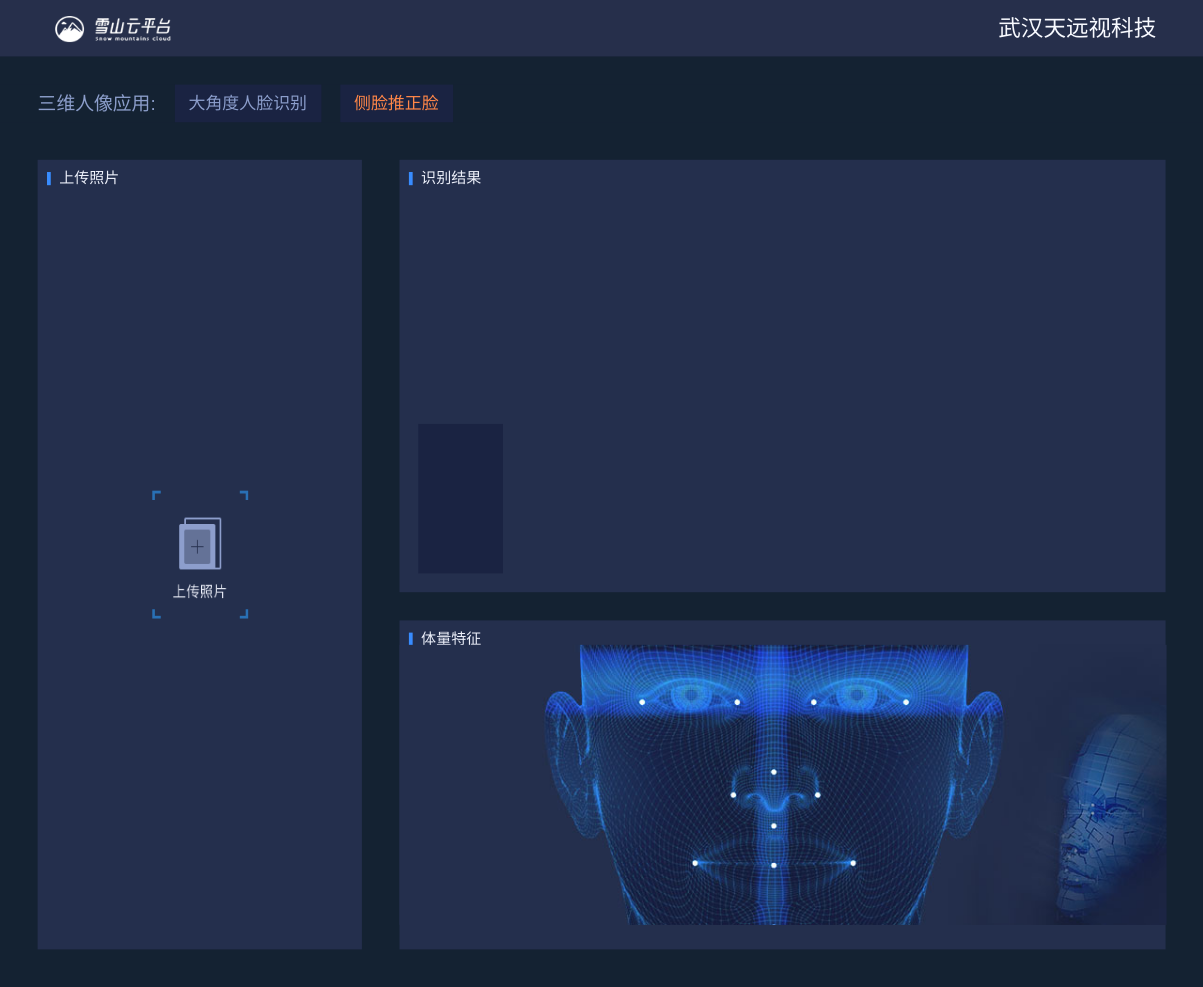
Repository: fyt2020/pubilcDemlo
Page: /#/face
An editor plug-in stored every save of this project. The page is shown before and after the next save, followed by the edit.
The browser window is 1280 px wide. The pictures show the whole page, at 94% of full size.
The project was rebuilt for these pictures with package versions that can differ from the ones it lists, and the page was loaded fresh each time.

Above is the page before, as saved 2020-04-28 12:00:12.

### index.html
<!DOCTYPE html>
<html>
  <head>
    <meta charset="utf-8">
    <meta name="viewport" content="width=device-width,initial-scale=1.0">
    <title>pubilcdemo</title>
    <script src="./static/config.js"></script>
    <script src="./static/main.js"></script>
  </head>
  <body>
    <div id="app"></div>
    <!-- built files will be auto injected -->
  </body>
</html>

### src/assets/css/reset.css
@charset "UTF-8";
/**
 * @desc pc端常用reset.css
 * @author archer
 * @date 2018-08-26
 */
html,body,div,p,ul,li,dl,dt,dd,em,i,span,a,img,input,h1,h2,h3,h4,h5,nav,section,footer,header,table,tr,th,td,ul,li{margin:0;padding:0;box-sizing: border-box;}
h1,h2,h3,h4,h5,h6{font-weight:normal}
i,em,b{font-style:normal}
article,aside,details,figcaption,figure,footer,header,menu,nav,section {display: block;}
a,img,input {border:none;}
a {text-decoration:none;}
a:hover, a:active {outline: none;}
ul,li{list-style: none}
button,input,select,textarea{font-size:100%;outline:none}
table{border-collapse:collapse;border-spacing:0}
html, body {width: 100%;height: 100%;}
body{font-family:"Helvetica Neue",Helvetica, Arial,sans-serif; font-size: 14px;line-height:1}

### src/pages/Home.vue
<template>
  <div class="home">
      <div class="header">
           <div class="header__left">
                <img src="../assets/img/logo1.png" alt="" class="logo_img">

           </div>
           <div class="header__right">
                <span>武汉天远视科技</span>
           </div>
      </div>
      <div class="navigation">
            <span class="navigation__title">三维人像应用:</span>
            <router-link tag="li" :to="{name:'bigAngle'}" class="navigation__item">大角度人脸识别</router-link>
            <router-link tag="li" :to="{name:'face',params:{id:'self'}}" class="navigation__item">侧脸推正脸</router-link>
      </div>

      <div class="content">
         <router-view />
      </div>

  </div>
</template>

<script>
export default {
  data() {
    return {};
  },
  computed: {},
  created() {

  },
  mounted() {

  },
  methods: {

  },
  components: {}
};
</script>

<style lang="scss" scoped>
@import "~@/assets/css/home.scss";
</style>

### src/pages/face.vue
<template>
  <div class="bigAngle">
    <div class="bigAngle__left">
      <div class="left__top">
        <div class="titleW" v-if="btnKey">
          <span class="titleW__one"></span>
          <span class="titleW__w">上传照片</span>
        </div>
        <img :src="uploadImgUrl" alt class="uploadImg" v-if="uploadImgUrl" />
        <img
          src="../assets/img/delete.png"
          alt
          class="delete__img"
          v-show="closeKey"
          @click="close"
        />
        <button class="btn" @click="uploadFile2" v-if="btnKey">
          <img src="../assets/img/midle.png" alt class="btn__bg" />
          <form
            name="fileList"
            id="fileList"
            action="uploadURL"
            method="POST"
            enctype="multipart/form-data"
            class="file"
          >
            <input
              type="file"
              hidden
              @change="beforeUploadFile2($event)"
              id="upload_file2"
              class="file-inp"
            />
          </form>
        </button>
      </div>
    </div>
    <div class="bigAngle__right">
      <div class="right__top">
        <div class="titleW" v-if="btnKey">
          <span class="titleW__one"></span>
          <span class="titleW__w">识别结果</span>
        </div>

        <div class="recg__box">
            <img :src="angleImg[0].src" alt="" class="recg__item">
        </div>
        <div id="WebGL-output"></div>
        <ul class="info__box" v-if="infoObj.collectNo">
          <li class="info__item">
            <span class="info__iteml">姓名:</span>
            <span class="info__itemr">{{infoObj.username}}</span>
          </li>
          <li class="info__item">
            <span class="info__iteml">性别:</span>
            <span class="info__itemr">{{infoObj.sex}}</span>
          </li>
          <li class="info__item">
            <span class="info__iteml">采集编号:</span>
            <span class="info__itemr">{{infoObj.collectNo}}</span>
          </li>

          <li class="info__item">
            <span class="info__iteml">证件号:</span>
            <span class="info__itemr">{{infoObj.idNo}}</span>
          </li>
          <li class="info__item">
            <span class="info__iteml">采集时间:</span>
            <span class="info__itemr">{{infoObj.time}}</span>
          </li>
        </ul>
      </div>
      <div class="right__bottom">
        <div class="titleW" v-if="btnKey">
          <span class="titleW__one"></span>
          <span class="titleW__w">体量特征</span>
        </div>
        <img src="../assets/img/char.jpg" alt="" class="char">
        <ul class="tl__box" v-if="charData.length>0">
          <li class="tl__item" v-for="item in charData" :key="item.value">
            <span class="tl__iteml same">{{item.title}}</span>
            <span class="tl__itemr same">{{Number(item.value).toFixed(2)}}</span>
          </li>
        </ul>
      </div>
    </div>
  </div>
</template>

<script>
import axios from "axios";
export default {
  props: {},
  data() {
    return {
      btnKey: true,
      uploadImgUrl: "",
      closeKey: false,
      camera: null,
      renderer: null,
      boxHelper: null,
      animationId: null,
      modelObj: null,
      scene: null,
      infoObj: {
        collectNo: "",
        sex: "",
        time: "",
        idNo: ""
      },
      charData: [],
      angleImg: [{
        id: Math.floor(Math.random * 100),
          src: ``
      }],

      source: 0
    };
  },
  computed: {},
  created() {},
  mounted() {},
  watch: {},
  methods: {
    close() {
      console.log($("#WebGL-output"));
      $("#WebGL-output").empty();
      this.uploadImgUrl = "";
      this.closeKey = false;
      this.btnKey = true;
      this.angleImg =  [{
        id: Math.floor(Math.random * 100),
          src: ``
      }];
      this.charData = [];
      (this.infoObj = {
        collectNo: "",
        sex: "",
        time: "",
        idNo: ""
      }),
        this.removeEntity(this.modelObj);
    },
    uploadFile2() {
      let file = document.getElementById("upload_file2");
      file.click();
    },
    beforeUploadFile2(e) {
      let VM = this;
      let files = e.target.files[0];
      let nameArr = e.target.files[0].name.split(".");
      let len = nameArr.length;
      let startName = e.target.files[0].name.split(".")[0];
      let endName = nameArr[len - 1];
      if (
        endName != "jpg" &&
        endName != "png" &&
        endName != "jpeg" &&
        endName != "JPG" &&
        endName != "PNG" &&
        endName != "JPEG"
      ) {
        VM.$Message.error(`上传图片格式不是jpg或png!`);
        return;
      }
      if (!files) {
        return;
      }
      this.btnKey = false;
      this.closeKey = true;
      let reader = new FileReader();
      reader.onloadend = function() {
        VM.uploadImgUrl = reader.result;
      };
      reader.readAsDataURL(files);
      this.angleImg = [
        {
          id: Math.floor(Math.random * 100),
          src: `../../static/data/${startName}/${startName}_angle.jpg`
        }
      ];
      this.INIT($(".right__top").width(), $(".right__top").height(), startName);
      this.getInfo(startName);
    },

    INIT(width, height, name) {
      let VM = this;
      //场景构建
      VM.scene = new THREE.Scene();
      //相机构建
      VM.camera = new THREE.PerspectiveCamera(45, width / height, 0.1, 2000); //四个参数 视场角 方向 最近距 最远距  fov对应着图中的视角，是上下两面的夹角。aspect是近平面的宽高比。
      // camera.lookAt( new THREE.Vector3(0, 0, 0));
      //渲染器构建
      VM.renderer = new THREE.WebGLRenderer({
        antialias: true
      });

      //设置背景颜色
      VM.renderer.setClearColor(0x1a2342);
      //三个参数 width height updateStyle第三个选填
      VM.renderer.setSize(width, height);
      //激活阴影
      VM.renderer.shadowMapEnabled = true;
      //添加材质灯光阴影
      var ambiColor = "ffffff";
      var ambientLight = new THREE.AmbientLight(ambiColor);
      VM.scene.add(ambientLight);

      //添加坐标系
      // var axes = new THREE.AxisHelper(100);
      // scene.add(axes);

      //添加网格
      // var helper = new THREE.GridHelper( 1000, 50 ,0x0000ff, 0xff8080);
      // scene.add(helper);
      VM.boxHelper = new THREE.BoxHelper();

      var controls = new THREE.OrbitControls(VM.camera, VM.renderer.domElement);
      //controls.target = new THREE.Vector3(0, 0, 0);
      // 使动画循环使用时阻尼或自转 意思是否有惯性
      controls.enableDamping = true;
      //动态阻尼系数 就是鼠标拖拽旋转灵敏度
      controls.dampingFactor = 0.25;
      //是否可以缩放
      controls.enableZoom = true;
      //是否自动旋转
      controls.autoRotate = false;
      //设置相机距离原点的最近距离
      //controls.minDistance = 200;
      //设置相机距离原点的最远距离
      //controls.maxDistance = 600;
      //是否开启右键拖拽
      controls.enablePan = true;
      //上下旋转范围
      controls.minPolarAngle = 0;
      controls.maxPolarAngle = Math.PI * (90 / 180);
      //左右旋转范围
      controls.minAzimuthAngle = -Math.PI * (60 / 180);
      controls.maxAzimuthAngle = Math.PI * (60 / 180);

      controls.panSpeed = 0.2;
      controls.rotateSpeed = 0.1;
      //模型
      var onProgress = function(xhr) {
        // if (xhr.lengthComputable) {
        //   //可计算的长度
        //   var percentCompvare = (xhr.loaded / xhr.total) * 100; //加载程度百分比
        //   var elem = document.getElementById("myBar");
        //   var width = parseInt(percentCompvare);
        //   elem.style.width = width + "%";
        //   $(".loading").text("正在下载:" + parseInt(percentCompvare) + "%");
        // }
      };
      var onError = function(xhr) {
        // $(".loading")
        //   .show()
        //   .text("下载失败");
        return;
      };

      var modelPath = `../../static/data/${name}`;
      var objLoader = new THREE.OBJLoader2();
      var callbackOnLoad = function(event) {
        VM.modelObj = event.detail.loaderRootNode;
        VM.modelObj.name = `${name}`;
        VM.modelObj.scale.set(1.9, 1.9, 1.9);
        VM.modelObj.children[0].geometry.computeBoundingBox();
        VM.modelObj.rotation.x = THREE.Math.degToRad(-88);
        VM.modelObj.children[0].geometry.center();
        VM.boxHelper.setFromObject(VM.modelObj);
        let center = VM.boxHelper.geometry.boundingSphere.center;
        let radius = VM.boxHelper.geometry.boundingSphere.radius;
        let cameraPos = new THREE.Vector3(
          center.x + VM.modelObj.position.x,
          center.y + VM.modelObj.position.y,
          radius * 2.2 + center.z + VM.modelObj.position.z
        );
        let lookPos = new THREE.Vector3(
          center.x + VM.modelObj.position.x,
          center.y + VM.modelObj.position.y,
          center.z + VM.modelObj.position.z
        );
        VM.camera.position.copy(cameraPos);
        controls.target = lookPos;
        VM.camera.lookAt(lookPos);
        VM.scene.add(VM.modelObj);
      };
      let typeObj = VM.source == "1" ? "textured" : "cut";
      objLoader.loadMtl(modelPath + `/${typeObj}_mesh.mtl`, null, function(
        materialCreator
      ) {
        materialCreator[`${typeObj}_mesh`].opacity = 1; // new THREE.Color(1,1,1)
        objLoader.setMaterials(materialCreator);
        objLoader.setLogging(true, true);
        objLoader.load(
          modelPath + `/${typeObj}_mesh.obj`,
          callbackOnLoad,
          onProgress,
          onError,
          null,
          false
        );
      });
      VM.camera.lookAt(VM.scene.position);
      //在页面上添加渲染器，dom元素
      $("#WebGL-output").append(VM.renderer.domElement);
      renderScene();
      VM.getModelTxt(name);
      function renderScene() {
        var clock = new THREE.Clock();
        var delta = clock.getDelta(); //三角点
        controls.update();
        VM.camera.updateProjectionMatrix();
        VM.animationId = requestAnimationFrame(renderScene); //请求动画框架
        VM.renderer.render(VM.scene, VM.camera);
      }
    },
    clearRenderer() {
      let VM = this;
      VM.renderer.dispose();
      VM.renderer.forceContextLoss();
      VM.renderer.context = null;
      VM.renderer.domElement = null;
      VM.renderer = null;
    },
    getModelTxt(name) {
      let VM = this;
      let id = new Date().getTime();
      let params = {
        headers: {
          "Content-Type": "text/plain;charset=utf-8"
        },
        responseType: "text/json",
        inCharset: "utf-8",
        outCharset: "utf-8",
        timeout: 30000,
        random: id
      };
      axios
        .get(`../../static/data/${name}/face_points_distance.txt`)
        .then(function(res) {
          let newData = res.data.split("\r\n");
          let len = newData.length;
          for (var i = 0; i < len; i++) {

            if (newData[i]) {
              let obj = {};
              let k = newData[i].split(":")[0];
              let v = newData[i].split(":")[1];
              obj["title"] = k;
              obj["value"] = v;
              VM.charData.push(obj);
            }

            console.log( VM.charData)
          }
        })
        .catch(function(error) {
          console.log(error);
        });
    },
    getInfo(name) {
      let VM = this;
      this.$http.api
        .get(`../../static/data/${name}/${name}.json`)
        .then(function(res) {
          if (res.data.code === 0) {
            let data = res.data.result;
            VM.infoObj = data;
          }
        })
        .catch(function(error) {
          console.log(error);
        });
    },
    //移除模型
    removeEntity(object) {
      let selectedObject = this.scene.getObjectByName(object.name);
      // console.log('renderer.renderLists',this.renderer.renderLists)
      selectedObject.traverse(function(item) {
        if (item instanceof THREE.Mesh) {
          item.geometry.dispose(); //删除几何体
          //item.material.dispose(); //删除材质
          if (Array.isArray(item.material)) {
            item.material.forEach(function(i) {
              i.dispose(); //删除材质
            });
          } else {
            item.material.dispose();
          }
        }
      });
      this.scene.remove(selectedObject);
      this.renderer.dispose();
      this.renderer.clear();
      this.renderer.renderLists.dispose();
      this.modelObj = null;
      THREE.Cache.clear();
    }
  },
  beforeDestroy() {},
  components: {}
};
</script>

<style scoped lang="scss">
@import "@/assets/css/bigAngle.scss";
</style>

### src/assets/css/home.scss

@import "@/assets/css/func.scss";
.home{
    font-size: 20px;
    width: 100vw;
    height: 100vh;
    background-color: #142232;
    .header{
        width: 100%;
        height: 60px;
        background-color: #262f4b;
        display: flex;
        align-items: center;
        color:  #f8faff;;
        justify-content: space-between;
        padding: 0 50px;
        font-size: 24px;
        .header__left{
            height: 100%;
            display: flex;
            align-items: center;
            .logo_img{
                width: 141px;
                height: 35px;
            }
        }
        .header__right{
            height: 100%;
            display: flex;
            align-items: center;
        }
    }
    .navigation{
        width: 100%;
        height: 40px;
        display: flex;
        align-items: center;
        box-sizing: border-box;
        background-color: #142232;
        color:  #8c9ecb;
        padding: 0 40px;
        margin-top: 30px;
        .navigation__title{
            margin-right: 20px;
        }
        &__item{
            height: 40px;
            line-height: 40px;
            box-sizing: border-box;
            padding: 0 15px;
            margin-right: 20px;
            font-size: 18px;
            color: #8c9ecc;
            background-color:  #1a2342;
        }
        &__item.exactActive{
             display: flex;
             color: #ff8748;
            //  background: url('#{$img}/qhbtn.png') no-repeat center;
             background-size: 100% 100%;

        }
    }
    .content{
        // height: calc(100% - 120px);
        width: 100%;
        padding: 40px;
        background-color: #142232;
    }
}

### src/assets/css/func.scss
// @function px2Rem($px, $base-font-size: 19.2px) {
//     @if (unitless($px)) { //有无单位
//       @return ($px / 19.2) * 1rem;
//     } @else if (unit($px) == em) {
//       @return $px;
//     }
//     @return ($px / $base-font-size) * 1rem;
// }

$img:"../../assets/img";

Loaded but not shown: src/App.vue (common file); src/plugins/axios.js (library); src/router/index.js (42 lines, source omitted); src/main.js (17 lines, source omitted); static/config.js (5 lines, source omitted); src/assets/css/bigAngle.scss (217 lines, source omitted); src/assets/css/face.scss (217 lines, source omitted)

After the next save:
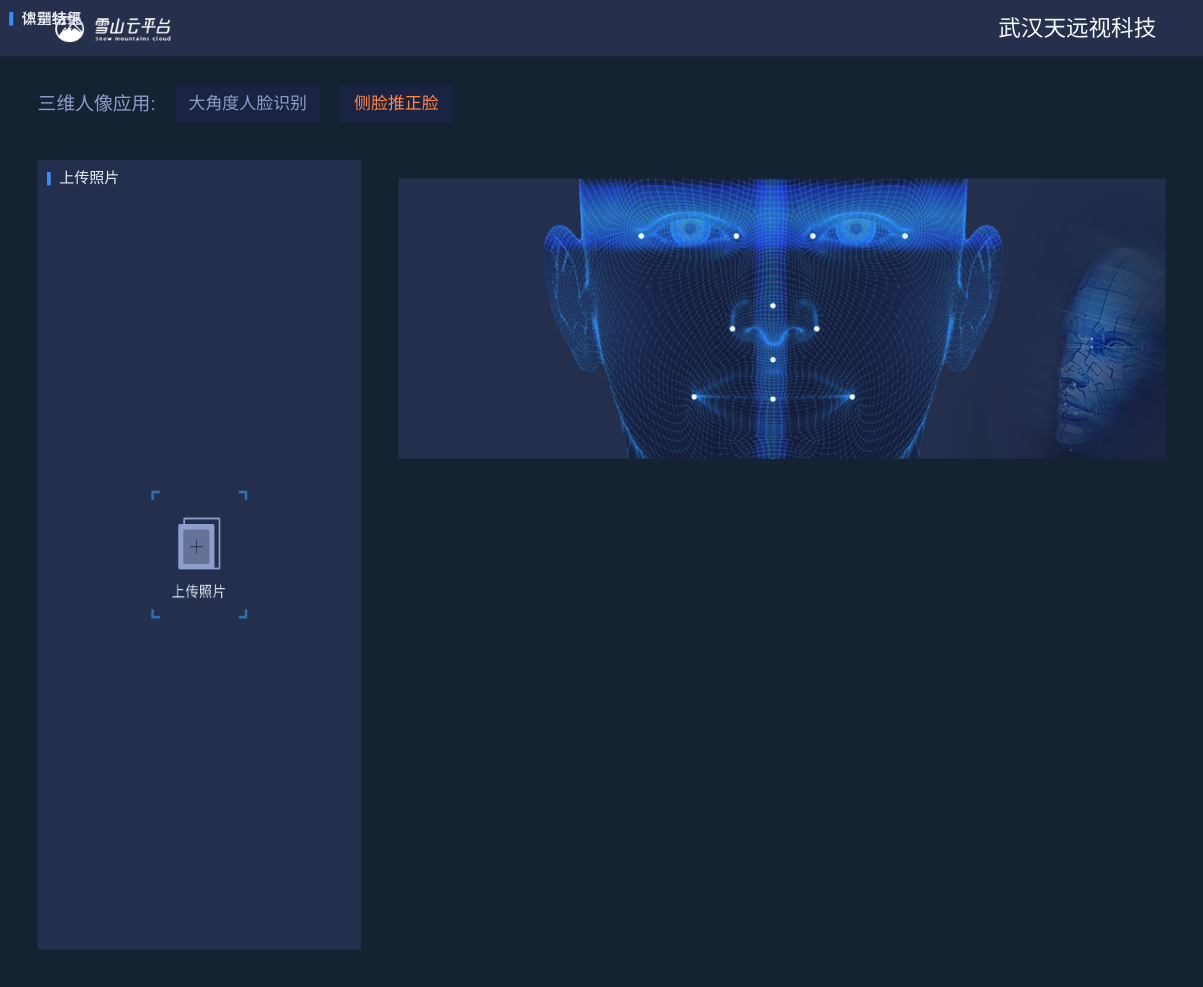
Saved 7 s later.
--- a/src/pages/face.vue
+++ b/src/pages/face.vue
@@ -1,6 +1,6 @@
 <template>
-  <div class="bigAngle">
-    <div class="bigAngle__left">
+  <div class="face">
+    <div class="face__left">
       <div class="left__top">
         <div class="titleW" v-if="btnKey">
           <span class="titleW__one"></span>
@@ -404,5 +404,5 @@ export default {
 </script>
 
 <style scoped lang="scss">
-@import "@/assets/css/bigAngle.scss";
+@import "@/assets/css/face.scss";
 </style>

After the save that followed:
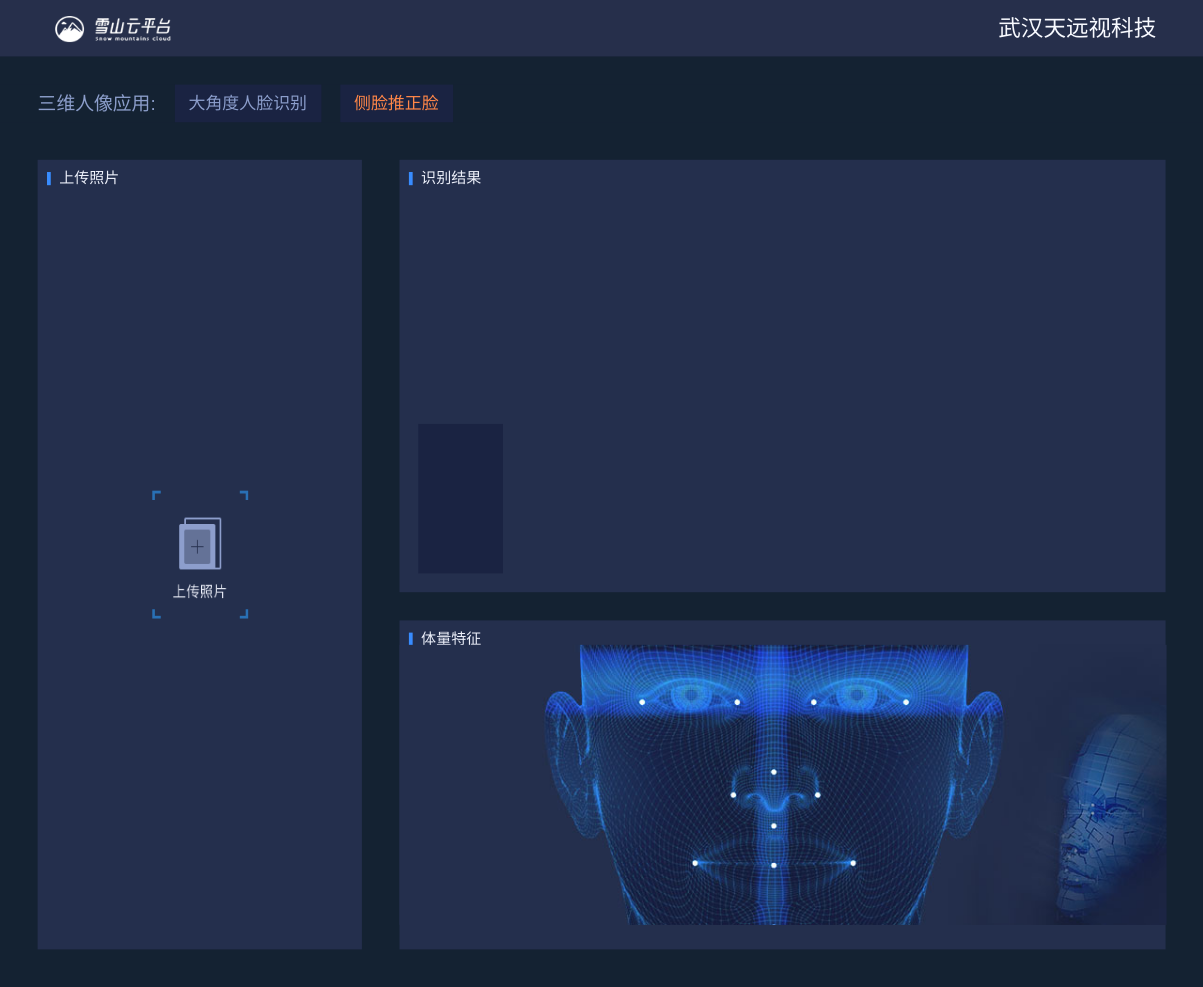
Saved 16 s later.
--- a/src/pages/face.vue
+++ b/src/pages/face.vue
@@ -35,7 +35,7 @@
         </button>
       </div>
     </div>
-    <div class="bigAngle__right">
+    <div class="face__right">
       <div class="right__top">
         <div class="titleW" v-if="btnKey">
           <span class="titleW__one"></span>
